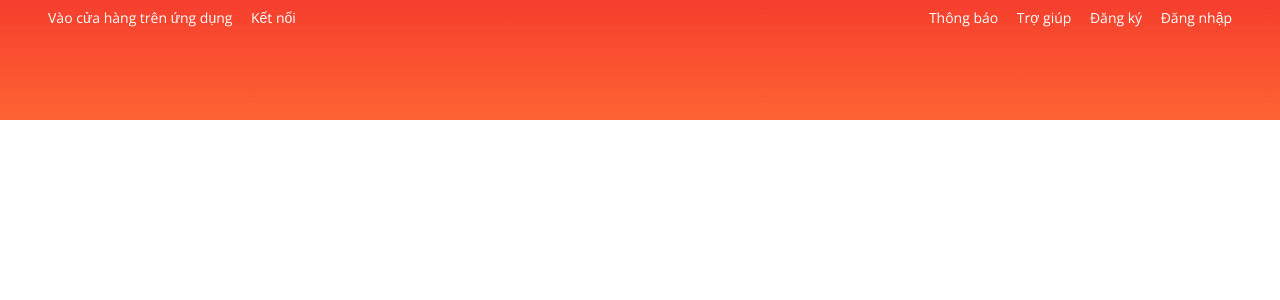
Repository: trongtamdev/Clone-Shopee-Page
Page: index.html
An editor plug-in stored every save of this project. The page is shown before and after the next save, followed by the edit.
The browser window is 1280 px wide. The pictures show the whole page.

Above is the page before, as saved 2022-07-05 16:22:24.

### index.html
<!DOCTYPE html>
<html lang="en">

<head>
    <meta charset="UTF-8">
    <meta http-equiv="X-UA-Compatible" content="IE=edge">
    <meta name="viewport" content="width=device-width, initial-scale=1.0">
    <title>Document</title>
    <link rel="stylesheet" href="https://cdnjs.cloudflare.com/ajax/libs/normalize/8.0.1/normalize.min.css">
    <link rel="stylesheet" href="assets/css/base.css">
    <link rel="stylesheet" href="assets/css/main.css">
    <link href="https://fonts.googleapis.com/css2?family=Open+Sans:wght@300;400;500;700&display=swap" rel="stylesheet">
</head>
    <div class="app">
        <header class="header">
            <div class="grid">
                <nav class="header__navbar">
                    <ul class="header__navbar-list">
                        <li class="header__navbar-item">
                            Vào cửa hàng trên ứng dụng
                        </li>
                        <li class="header__navbar-item">
                            Kết nối
                        </li>
                    </ul>

                    <ul class="header__navbar-list">
                        <li class="header__navbar-item">
                            <a href="" class="header__navbar-item-link">Thông báo</a>
                        </li>

                        <li class="header__navbar-item">
                            <a href="" class="header__navbar-item-link">Trợ giúp</a>
                        </li>

                        <li class="header__navbar-item header__navbar-item--strong">Đăng ký</li>
                        <li class="header__navbar-item header__navbar-item--strong">Đăng nhập</li>
                    </ul>
                </nav>
            </div>

        </header>

        <div class="container">

        </div>

        <footer class="footer">

        </footer>
    </div>

<body>

</body>

</html>

### assets/css/base.css
:root {
    --white-color :#fff;
    --back-color :#000;
    --text-color : #333;
}

*{
    box-sizing: inherit;
}

html {
    font-size: 62.5%;
    line-height: 1.6rem;
    font-family: 'Open Sans', sans-serif;;
    box-sizing: border-box;
}

.grid {
    width: 1200px;
    max-width: 100%;
    margin: 0 auto;
}

.grid__full-width {
    width: 100%;
}

.grid__row {
    display: flex;
    flex-wrap: wrap
}

### assets/css/main.css
.header {
    height: 120px;
    background-image: linear-gradient(0, #fe6433, #f53e2d);
}

.header__navbar {
    display: flex;
    justify-content: space-between;
}

.header__navbar-list {
    list-style: none;
    padding: 0;
}

.header__navbar-item {
    margin: 0 8px;
}

.header__navbar-item, .header__navbar-item-link{
    display: inline-block;
    font-size: 1.4rem;
    color :var(--white-color);
    text-decoration: none;
    font-weight: 300;
}

.header__navbar-item--strong {
    font-weight: 400;
}

After the next save:
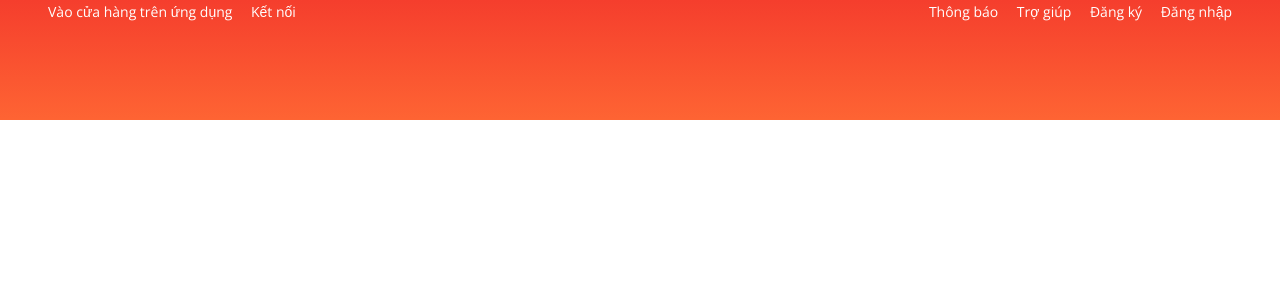
Saved 21 h 21 min later.
--- a/assets/css/main.css
+++ b/assets/css/main.css
@@ -11,6 +11,7 @@
 .header__navbar-list {
     list-style: none;
     padding: 0;
+    margin-top: 4px;
 }
 
 .header__navbar-item {
